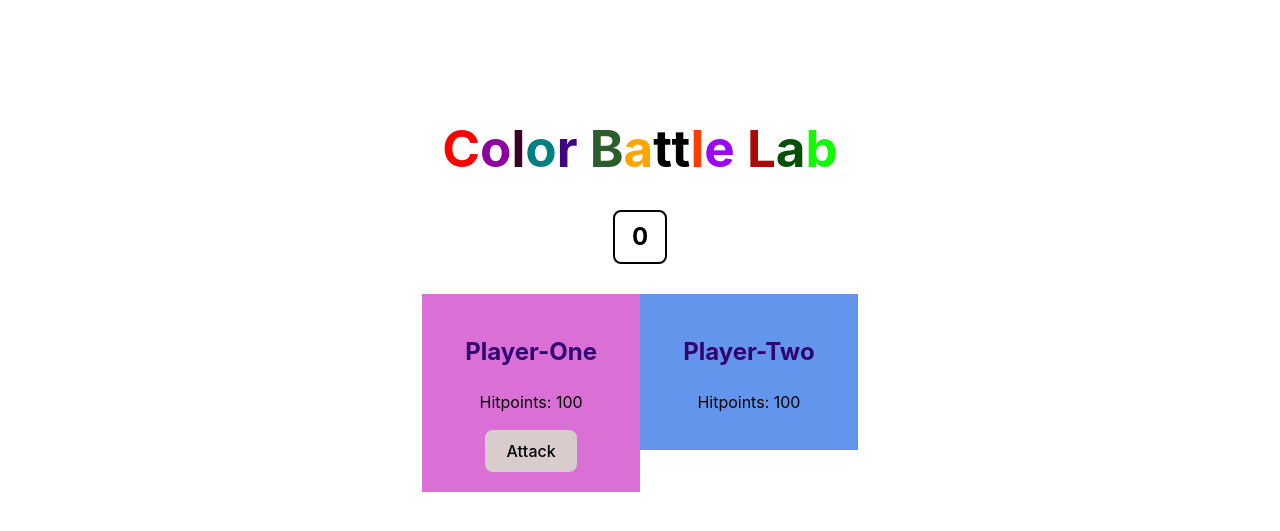
Repository: RAWdevX21/color-battle_lab-build
Page: /
An editor plug-in stored every save of this project. The page is shown before and after the next save, followed by the edit.
The browser window is 1280 px wide. The pictures show the whole page.
The project was rebuilt for these pictures with package versions that can differ from the ones it lists, and the page was loaded fresh each time. Also part of the build but not shown: vite.config.js.

Above is the page before, as saved 2023-08-17 02:42:40.

### index.html
<!doctype html>
<html lang="en">
  <head>
    <meta charset="UTF-8" />
    <link rel="icon" type="image/svg+xml" href="/vite.svg" />
    <meta name="viewport" content="width=device-width, initial-scale=1.0" />
    <title>Color Battle</title>
  </head>
  <body>
    <div id="root"></div>
    <script type="module" src="/src/main.jsx"></script>
  </body>
</html>

### src/App.jsx
import { useState } from "react";
import GameBanner from "./Components/GameBanner";
import Player from "./Components/PlayerInfo";
import "./App.css";

export default function App() {
  const [player1, setPlayer1] = useState({
    name: "Player-One",
    color: "orchid",
    hitpoints: 100,
    turn: true
  });

  const [player2, setPlayer2] = useState({
    name: "Player-Two",
    color: "cornflowerblue",
    hitpoints: 100,
    turn: false
  });

  const [dice, setDice] = useState(0);

  const handleAttack = (attacker, defender, setAttacker, setDefender) => {
    const damage = Math.floor(Math.random() * 6) + 1;
    setDice(damage);

    const updatedDefender = {
      ...defender,
      hitpoints: defender.hitpoints - damage
    };
    const updatedAttacker = { ...attacker, turn: false };

    setDefender(updatedDefender);
    setAttacker(updatedAttacker);

    // Switch turns
    if (attacker === player1) {
      setPlayer2({ ...player2, turn: true });
    } else {
      setPlayer1({ ...player1, turn: true });
    }

    // Check for game over
    if (updatedDefender.hitpoints <= 0) {
      alert(`${attacker.name} wins!`);
      // Reset game or any other logic you want to add
    }
  };

  return (
    <>
      <div className="wrapper">
        <GameBanner damagePoints={dice} />

        <div className="players-container">
          <div className="player-wrapper">
            <Player
              player={player1}
              onAttack={() =>
                handleAttack(player1, player2, setPlayer1, setPlayer2)
              }
            />
          </div>
          <div className="player-wrapper">
            <Player
              player={player2}
              onAttack={() =>
                handleAttack(player2, player1, setPlayer2, setPlayer1)
              }
            />
          </div>
        </div>
      </div>
    </>
  );
}

### src/index.css
:root {
  font-family: Inter, system-ui, Avenir, Helvetica, Arial, sans-serif;
  line-height: 1.5;
  font-weight: 400;

  color-scheme: light dark;
  background-color: #242424;

}

a {
  font-weight: 500;
  /* color: #646cff; */
  text-decoration: inherit;
}
a:hover {
  /* color: #535bf2; */
}

body {
  margin: 0;
  display: flex;
  place-items: center;
  min-width: 320px;
  min-height: 100vh;
}

h1 {
  font-size: 3.2em;
  line-height: 1.1;
}

button {
  border-radius: 8px;
  border: 1px solid transparent;
  padding: 0.6em 1.2em;
  font-size: 1em;
  font-weight: 500;
  font-family: inherit;
  background-color: #1a1a1a;
  cursor: pointer;
  transition: border-color 0.25s;
}
button:hover {
  border-color: #646cff;
}
button:focus,
button:focus-visible {
  outline: 4px auto -webkit-focus-ring-color;
}

@media (prefers-color-scheme: light) {
  :root {
    background-color: #ffffff;
  }
  a:hover {
    color: #747bff;
  }
  button {
    background-color: #f9f9f9;
  }
}

### src/Components/GameBanner.jsx
import './GameBanner.css';
import Die from "./Die";

const GameBanner = ({ damagePoints }) => {
    return (
      <div className="banner">
        <h1>
          <span className="banner--c">C</span>
          <span className="banner--o">o</span>
          <span className="banner--l">l</span>
          <span className="banner--o2">o</span>
          <span className="banner--r">r</span>
          &nbsp;
          <span className="banner--b">B</span>
          <span className="banner--a">a</span>
          <span className="banner--t">t</span>
          <span className="banner--t">t</span>
          <span className="banner--l2">l</span>
          <span className="banner--e">e</span>
          &nbsp;
          <span className="banner--l3">L</span>
          <span className="banner--a2">a</span>
          <span className="banner--b2">b</span>
        </h1>
        <div className="damage-points">
          <Die value={damagePoints} />
        </div>
      </div>
    );
}

export default GameBanner;

### src/Components/PlayerInfo.jsx
import "./PlayerInfo.css";

const Player = ({ player, onAttack }) => {
  return (
    <div className="player" style={{ backgroundColor: player.color }}>
      <h2>{player.name}</h2>
      <p>Hitpoints: {player.hitpoints}</p>
      {player.turn && (
        <button className="attack-button" onClick={onAttack}>
          Attack
        </button>
      )}
    </div>
  );
};

export default Player;

### src/App.css
#root {
  /* max-width: 1280px; */
  margin: 0 auto;
  padding: 2rem;
  text-align: center;
}

h2 {
  color: rgb(49, 5, 112);
}

.players-container {
    display: flex;
}

.player-wrapper {
    flex: 1; /* This will make each player-wrapper take up equal space */
    height: 50vh; /* This will make each player-wrapper three times its current length */
    box-sizing: border-box; /* This ensures padding and border are included in the width */
}

### src/Components/GameBanner.css
.banner {
    text-align: center;
    padding: 20px;
    background-color: #ffffff;
    color: black;
}

.damage-points {
    margin-top: 10px;
    font-size: 6rem;
}

.banner h1 span.banner--c { color: red; }
.banner h1 span.banner--o { color: rgb(140, 4, 158); }
.banner h1 span.banner--l { color: rgb(60, 1, 38); }
.banner h1 span.banner--o2 { color: teal; }
.banner h1 span.banner--r { color: rgb(62, 5, 131); }
.banner h1 span.banner--b { color: rgb(43, 94, 43); }
.banner h1 span.banner--a { color: orange; }
.banner h1 span.banner--t { color: black; }
.banner h1 span.banner--l2 { color: rgb(255, 60, 0); }
.banner h1 span.banner--e { color: rgb(153, 7, 245); }
.banner h1 span.banner--l3 { color: rgb(172, 8, 8); }
.banner h1 span.banner--a2 { color: rgb(8, 80, 8); }
.banner h1 span.banner--b2 { color: rgb(17, 250, 1); }

### src/Components/Die.jsx
import "./Die.css";

const Die = ({ value }) => {
  return <div className="die-container">{value}</div>;
};

export default Die;

### src/Components/PlayerInfo.css
.player {
    padding: 20px;
    box-sizing: border-box;
    background-color: #f5f5f5;
}

.attack-button {
    padding: 10px 20px;
    background-color: rgb(216, 204, 204);
    color: black;
    cursor: pointer;
}

### src/Components/Die.css
.die {
    text-align: center;
    font-size: 20px;
    margin-top: 20px;
}

.die-container {
    width: 50px;
    height: 50px;
    border: 2px solid black;
    border-radius: 8px;
    display: flex;
    align-items: center;
    justify-content: center;
    font-size: 24px;
    font-weight: bold;
    margin: 10px auto;
}

Loaded but not shown: src/main.jsx (common file)

After the next save:
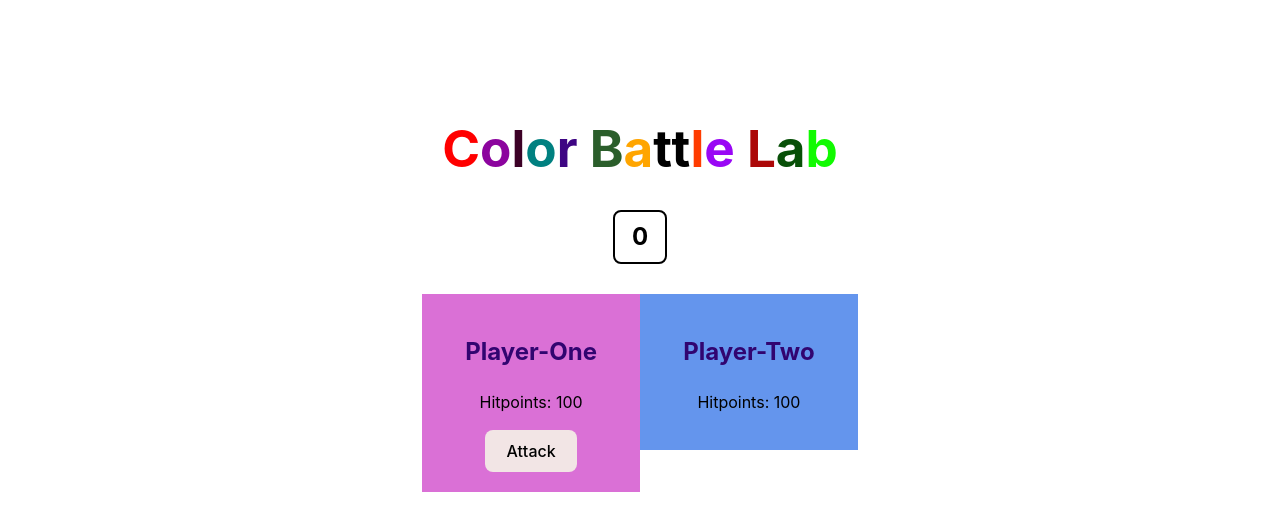
Saved 15 s later.
--- a/src/Components/PlayerInfo.css
+++ b/src/Components/PlayerInfo.css
@@ -6,7 +6,7 @@
 
 .attack-button {
     padding: 10px 20px;
-    background-color: rgb(216, 204, 204);
+    background-color: rgb(242, 229, 229);
     color: black;
     cursor: pointer;
 }
